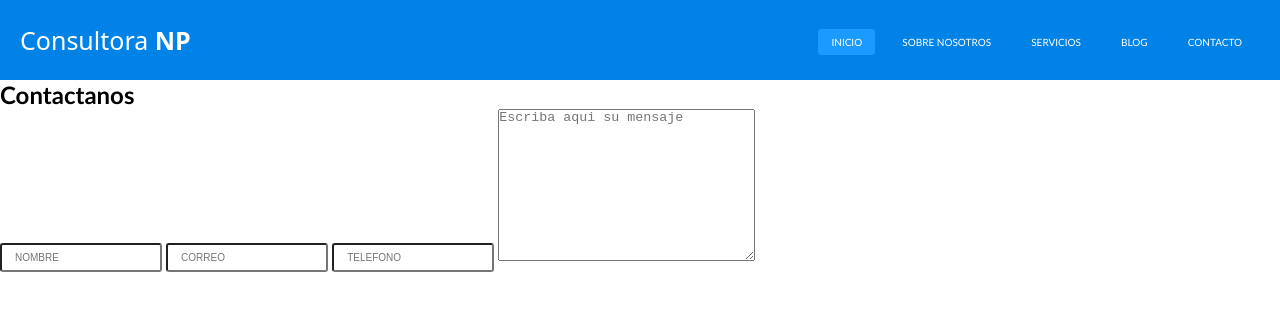
Repository: Batu120/pre-entrega2
Page: HTML/Contacto.html
These files come from the project's save history. The page is drawn as it stood at one moment and after the next save; the edit follows.
The browser window is 1280 px wide. The pictures show the whole page.

Above is the page before, as saved 2022-11-02 15:09:35.

### HTML/Contacto.html
<!DOCTYPE html>
<html lang="en" dir="ltr">
<head>
    <meta charset="UTF-8">
    <meta http-equiv="X-UA-Compatible" content="IE=edge">
    <meta name="viewport" content="width=device-width, initial-scale=1.0">
    <title>2da Pre Entrega</title>
    <link rel="stylesheet" href="https://cdnjs.cloudflare.com/ajax/libs/font-awesome/4.7.0/css/font-awesome.min.css">
    <!-- CSS -->
    <link rel="stylesheet" href="../CSS/style.css">

</head>
<body>
    <nav>
        <input type="checkbox" id="check">
        <label for="check" class="checkbtn">
            <i style="font-size:24px" class="fa">&#xf0c9;</i>
        </label>
        <label class="logo">Consultora <label class="logo1">NP</label></label>
            <!-- Lista no ordenada -->
            <ul>
                <!-- Items / Menu -->
                <li><a class="active" href="/index.html">Inicio</a></li>
                <li><a href="/HTML/SobreNosotros.html">Sobre Nosotros</a></li>
                <li><a href="/HTML/Servicios.html">Servicios</a></li>
                <li><a href="/HTML/Blog.html">Blog</a></li>
                <li><a href="Contacto.html">Contacto</a></li>
            </ul>
    </nav>
    <form actiOn="">
        <h2>Contactanos</h2>
        <input type="text" name="Nombre" placeholder="Nombre">
        <input type="text" name="Correo" placeholder="Correo">
        <input type="text" name="Telefono" placeholder="Telefono">
        <textarea name="Mensaje" placeholder="Escriba aqui su mensaje" cols="30" rows="10"></textarea>
    </form>
</body>

### CSS/style.css
body {
    /* background: url(/IMG/background_body.jpeg);
    background-repeat: no-repeat;
    background-size: cover;
    background-position-x: center;
    background-position-y: center;
    background-position: center;
    height: auto;
    width: auto; */
    font-family:'Gill Sans', 'Gill Sans MT', Calibri, 'Trebuchet MS', sans-serif;
}
section{
    background: url(/IMG/background_body.jpeg);
    background-repeat: no-repeat;
    background-size: cover;
    background-position-x: center;
    background-position-y: center;
    background-position: center;
    height: auto;
    width: auto;
}

/* NAV BAR - LINKS- RESPONSIVE */
* {
    padding: 0;
    margin: 0;
    text-decoration: none;
    list-style: none;
    box-sizing: border-box;
}
nav {
    background: #0082e6;
    height: 80px;
    width: 100%;
}
/*  */
.logo{
    color: white;
    font-size: 25px;
    line-height: 80px;
    padding: 20px;
    font-weight:lighter;
    font-family:system-ui, -apple-system, BlinkMacSystemFont, 'Segoe UI', Roboto, Oxygen, Ubuntu, Cantarell, 'Open Sans', 'Helvetica Neue', sans-serif;
}
.logo1{
    color: white;
    font-weight: bold;
}
nav ul{
    float: right;
    margin-right: 20px;
    padding-top: 0%;
}
nav ul li{
    display: inline-block;
    line-height: 80px;
    margin: 0 5px;
}
nav ul li a{
    color: white;
    font-size: 10px;
    padding: 7px 13px;
    border-radius: 3px;
    text-transform: uppercase;

}
a.active,a:hover{
    background: #1b9bff;
    transition: .5s;
}
.checkbtn{
    font-size: 30px;
    color: white;
    float: right;
    line-height: 80px;
    margin-right: 30px;
    cursor: pointer;
    display: none;
}
#check{
    display: none;
}
/* PREUBA RESPONSIVE TEST */
@media (max-width: 853px){
    label.logo {
        font-size: 25px;
        padding-left: 50px;
    }
    nav ul li a{
        font-size: 18px;
    }
}
@media (max-width: 853px){
    .checkbtn{
        display:inline-block;
    }
    ul{
        position:absolute;
        width: 100%;
        height: 100vh;
        background: #2c3e50;
        top: 80px;
        left: -100%;
        text-align: center;
        transition: all .5s;
    }
    nav ul li{
        display: block;
        margin: 50px 0;
        line-height: 30px;
    }
    nav ul li a {
        font-size: 20px;
    }
        a:hover,a.active{
        background:none;
        color: #0082e6;
        }
        #check:checked ~ ul{
        left: 0;
        }
    }

    /* IMG PICTURES page front */
    .grid-container {
        display: grid;
        grid-template-columns: auto auto auto;
        justify-content: center;
    }
    .container-div{
        display: flex;
        flex-direction: column;
        flex-wrap: wrap;
        justify-content: center;
        text-align: center;
        margin: 10px;
        font-family: system-ui, -apple-system, BlinkMacSystemFont, 'Segoe UI', Roboto, Oxygen, Ubuntu, Cantarell, 'Open Sans', 'Helvetica Neue', sans-serif;
    }
    /* TITLE TEXT */
    h1{
        font-weight: bolder;
        font-family: Verdana, Geneva, Tahoma, sans-serif;
        display: inline-block;
        padding: 10px;
    }
    /* TEXT */
    p{
        margin: 20px;
        padding-left: 100px;
        padding-right: 100px;
        font-size: 10px;

    }
    /* NEWS FORM */
    .container-form{
        text-align: center;
        font-size: medium;
        background: #0862a7;
        height: 80px;
        width: 100%;
        padding: 10px;
    }
    input{
        color: #0862a7;
        font-size: 10px;
        padding: 7px 13px;
        border-radius: 3px;
        text-transform: uppercase;
    }
    .wallpaper {
        background-image: url(/IMG/consultoria_img.jpeg);
        background-repeat: no-repeat;
        background-size: cover;
        background-position: center;
        background-position-x: center;
        background-position-y: center;
        height: 400px;
    }
    .grid-container2 {
        display: grid;
        grid-template-columns: 1fr 1fr 1fr;
        grid-template-rows: 1fr 1fr;
        justify-content: center;
        gap: 12px 12px;
        padding-top: 30px;
        margin-left: 30px;
        margin-right: 30px;
        height: 400px;
        grid-template-areas:
            "Com-1 Com-2 Com-3"
            "Com-4 Com-5 Com-6";
    }
    .Com-1 {
        justify-self: center;
        align-self: center;
        grid-area: Com-1;
    }
    .Com-2 {
        justify-self: center;
        align-self: center;
        grid-area: Com-2;
    }
    .Com-3 {
        justify-self: center;
        align-self: center;
        grid-area: Com-3;
    }
    .Com-4 {
        justify-self: center;
        align-self: center;
        grid-area: Com-4;
    }
    .Com-5 {
        justify-self: center;
        align-self: center;
        grid-area: Com-5;
    }
    .Com-6 {
        justify-self: center;
        align-self: center;
        grid-area: Com-6;
    }
/*     @media screen (max-width:468px ){
        .grid-container2 {
            grid-template-areas:
            "Com-1"
            "Com-2"
            "Com-3"
            "Com-4"
            "Com-5"
            "Com-6";
        }
    } */

After the next save:
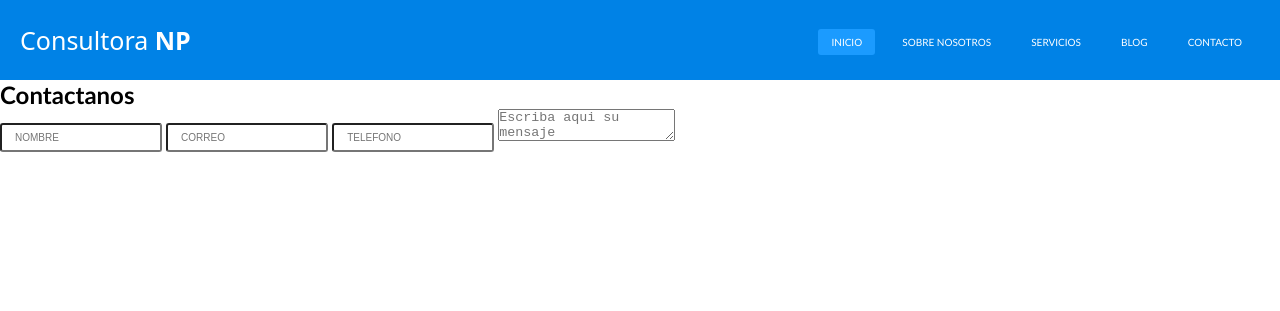
Saved 19 s later.
--- a/HTML/Contacto.html
+++ b/HTML/Contacto.html
@@ -32,6 +32,6 @@
         <input type="text" name="Nombre" placeholder="Nombre">
         <input type="text" name="Correo" placeholder="Correo">
         <input type="text" name="Telefono" placeholder="Telefono">
-        <textarea name="Mensaje" placeholder="Escriba aqui su mensaje" cols="30" rows="10"></textarea>
+        <textarea name="Mensaje" placeholder="Escriba aqui su mensaje" ></textarea>
     </form>
 </body>
